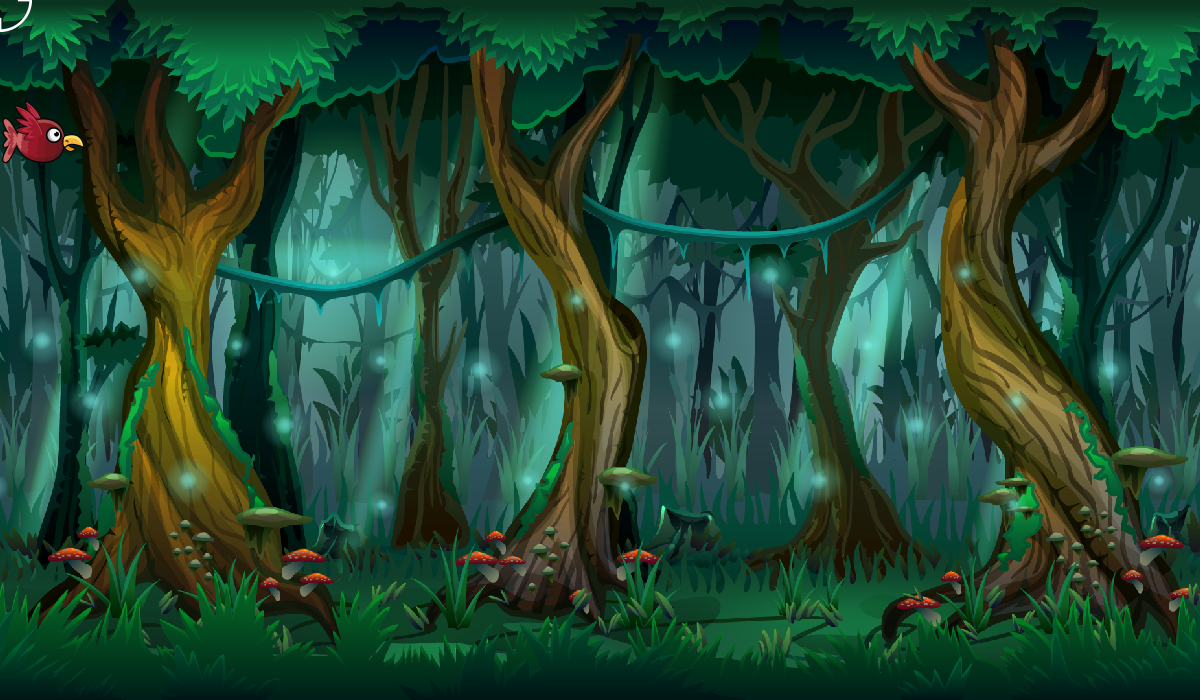
Repository: mys-pro/demo_shooting_bird_vision
Script's output: python main.py
These files come from the project's save history. The script's output is drawn as it stood at one moment and after the next save; the edit follows.
The window is shown after at most 60 frames with no key pressed. Random numbers start from a fixed seed. It also reads assets/images/backgrounds/Cartoon_Forest_BG_01.png, assets/images/backgrounds/Cartoon_Forest_BG_02.png, assets/images/backgrounds/Cartoon_Forest_BG_03.png, assets/images/backgrounds/Cartoon_Forest_BG_04.png, assets/images/birds/bird1/b-1.png, assets/images/birds/bird1/b-2.png, assets/images/birds/bird1/b-3.png, assets/images/birds/bird1/b-4.png, assets/images/icon.png, assets/images/viewfinder.png.

Above is the script's output before, as saved 2024-06-16 16:36:53.

After the next save:
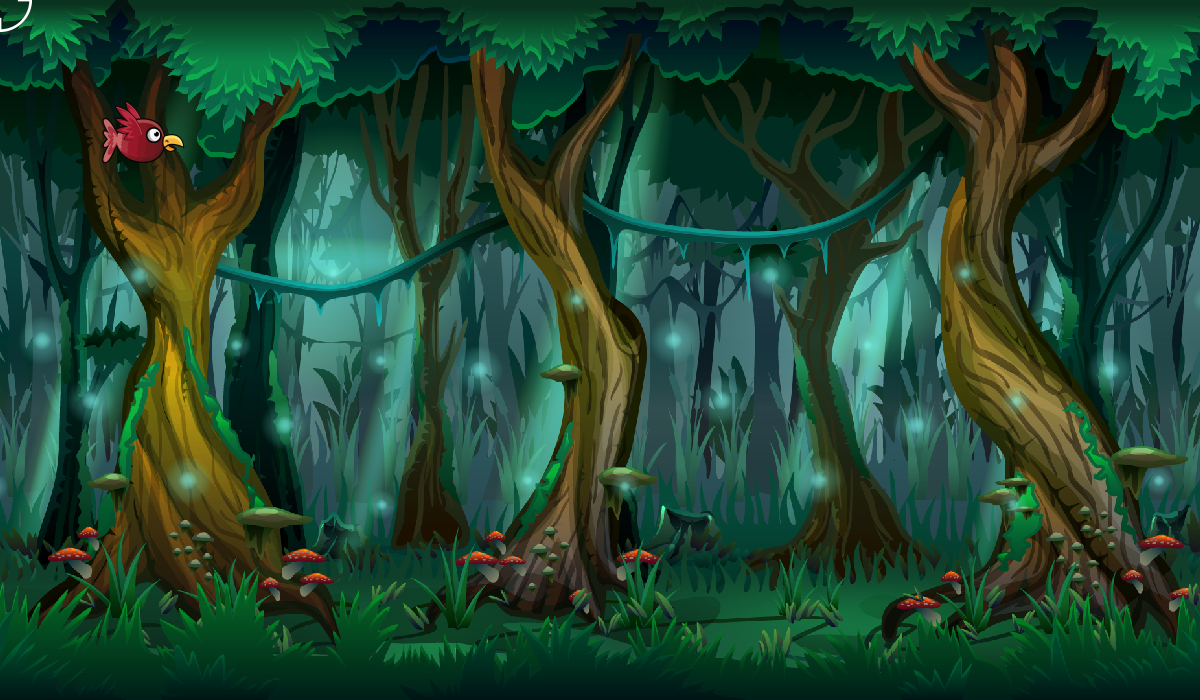
Saved 7 s later.
--- a/main.py
+++ b/main.py
@@ -91,7 +91,7 @@ def draw(SCREEN, background, view_finder, bird):
 def main(SCREEN):
     background = get_background('assets/images/backgrounds/', SCREEN_WIDTH, SCREEN_HEIGHT) # Gọi hàm get_background
     view_finder = viewFinder()
-    bird = birds(0, 100)
+    bird = birds(100, 100)
     running = True
     while running:
         for event in pygame.event.get():
